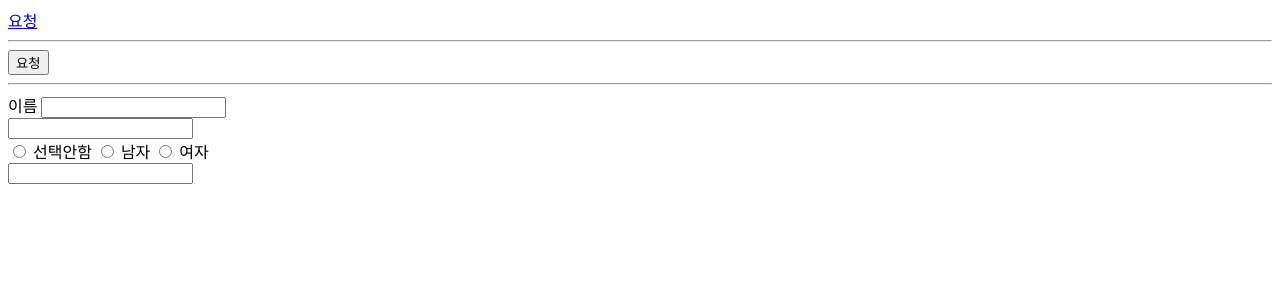
Repository: shyeom94/jspstudy
Page: 01_servlet/src/main/webapp/pkg02_request/NewFile.html
These files come from the project's save history. The page is drawn as it stood at one moment and after the next save; the edit follows.
The browser window is 1280 px wide. The pictures show the whole page.

Above is the page before, as saved 2024-02-28 01:31:57.

### 01_servlet/src/main/webapp/pkg02_request/NewFile.html
<!DOCTYPE html>
<html>
<head>
<meta charset="UTF-8">
<title>Insert title here</title>
<!-- CDN을 이용하기 -->
<script src="https://code.jquery.com/jquery-3.7.1.min.js" integrity="sha256-/JqT3SQfawRcv/BIHPThkBvs0OEvtFFmqPF/lYI/Cxo=" crossorigin="anonymous"></script>
</head>
<body>

  <!-- <a> 태그 요청 -->
  <div>
    <!--<a href="/servlet/request?number=10&number2=1.5">요청</a>-->
    <a id="link" data-number="50" data-number2="5.5">요청</a>
  </div>

  <script>
        var link = document.getElementById('link');
        link.href = '/servlet/request?number=' + link.dataset.number + '&number2=' + link.dataset.number2;
// 프로젝트경로(contextpath)/서블릿경로(urlmapping)?서버쪽으로보내는내용
		// null 값 전달 테스트
  </script>

  <hr>

  <!-- JavaScript : location 객체 요청 -->
  <div data-number="30">
    <button type="button" id="btn" data-number2="3.5">요청</button>
  </div>

  <script>
  // jQuery 이용하기
  let $btn = $('#btn');
  $btn.on('click', (evt)=>{
	  let number = $btn.parent().data('number');
	  let number2 = $btn.data('number2');
	  location.href = `/servlet/request?number=${number}&number2=${number2}`;
  })
  </script>

  <hr>

  <!-- <form> 태그 요청 -->
  <form id="frm" method="POST" action="/servlet/request">
    <div class="inp-wrap">
      <label for="name">이름</label>
      <input type="text" name="name" id="name">
    </div>
    <div class="inp-wrap">
      <label for="email"></label>
      <input type="text" name="email" id="email">
    </div>
    <div class="inp-wrap">
      <input type="radio" name="gender" id="none">
      <label for="none">선택안함</label>
      <input type="radio" name="gender" id="man">
      <label for="none">남자</label>
      <input type="radio" name="gender" id="woman">
      <label for="none">여자</label>
    </div>
    <div class="inp-wrap">
      <input type="" name="" id="">
      <label for=""></label>
    </div>
  </form>

</body>
</html>

After the next save:
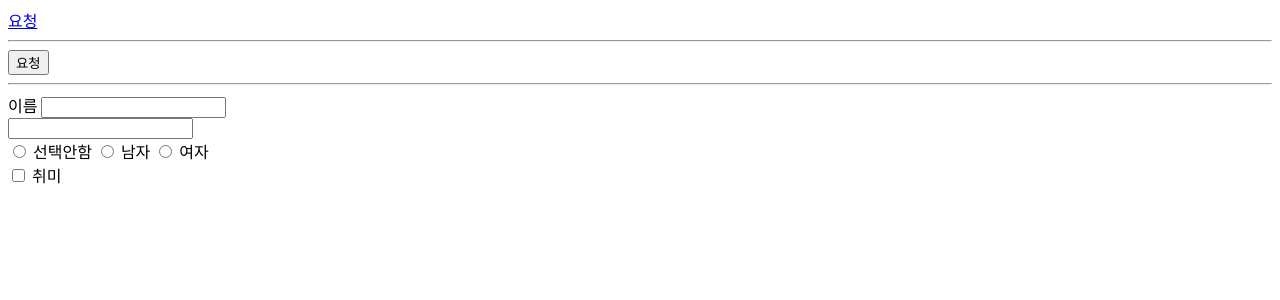
Saved 22 s later.
--- a/01_servlet/src/main/webapp/pkg02_request/NewFile.html
+++ b/01_servlet/src/main/webapp/pkg02_request/NewFile.html
@@ -59,8 +59,8 @@
       <label for="none">여자</label>
     </div>
     <div class="inp-wrap">
-      <input type="" name="" id="">
-      <label for=""></label>
+      <input type="checkbox" name="hobbies" id="">
+      <label for="">취미</label>
     </div>
   </form>
 
